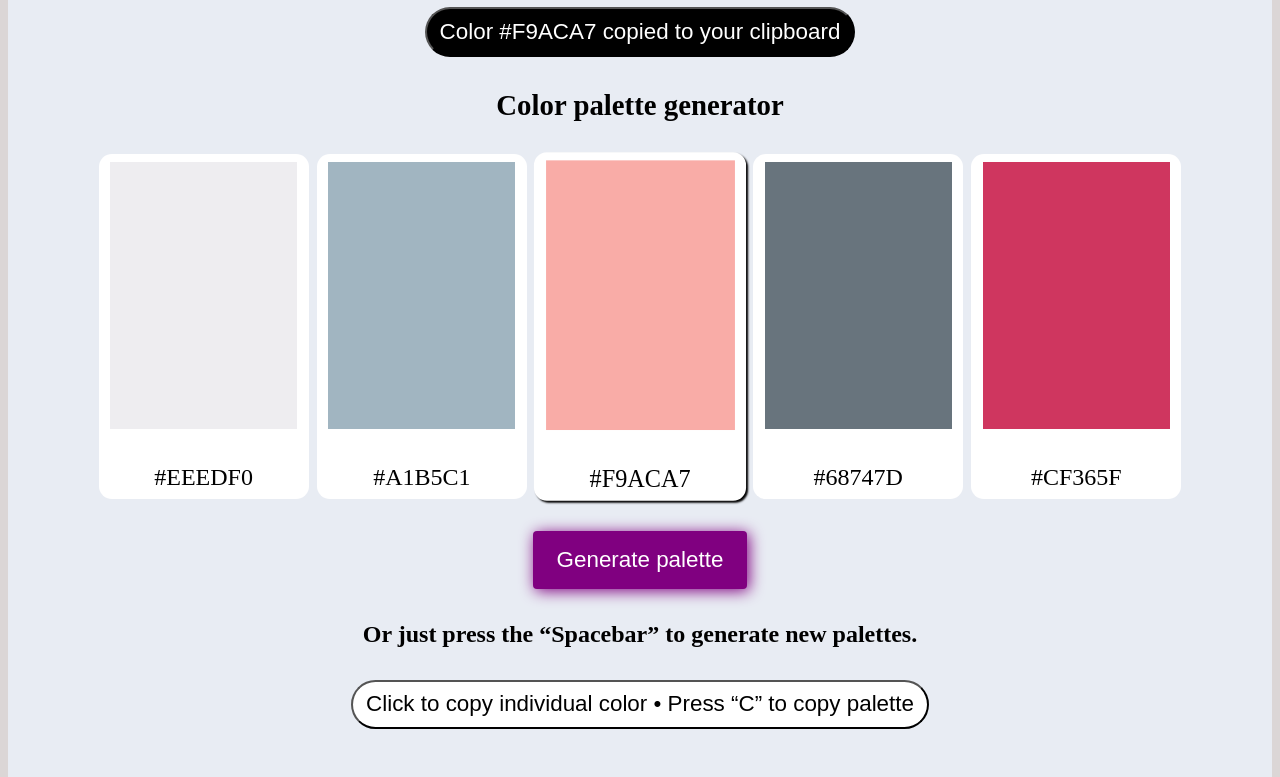
Repository: Hcmwebs/Color-Palette-Generator
Page: index.html
These files come from the project's save history. The page is drawn as it stood at one moment and after the next save; the edit follows.
The browser window is 1280 px wide. The pictures show the whole page.

Above is the page before, as saved 2020-07-07 11:09:45.

After the next save:
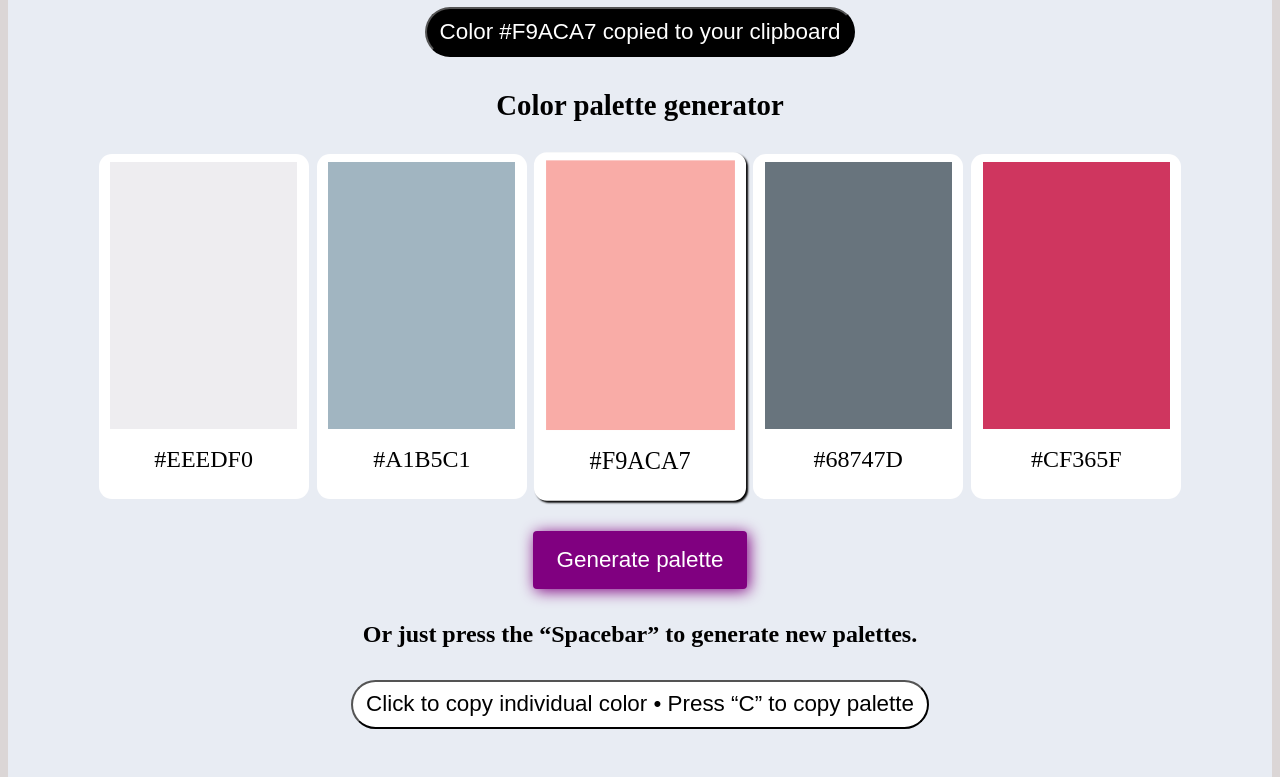
Saved 12 s later.
--- a/styles.css
+++ b/styles.css
@@ -109,6 +109,7 @@ h3{
 .card__tag{
     font-size:1.5rem;
     font-weight: 400;
+    margin: auto;
 }
 
 .btn--generate{
